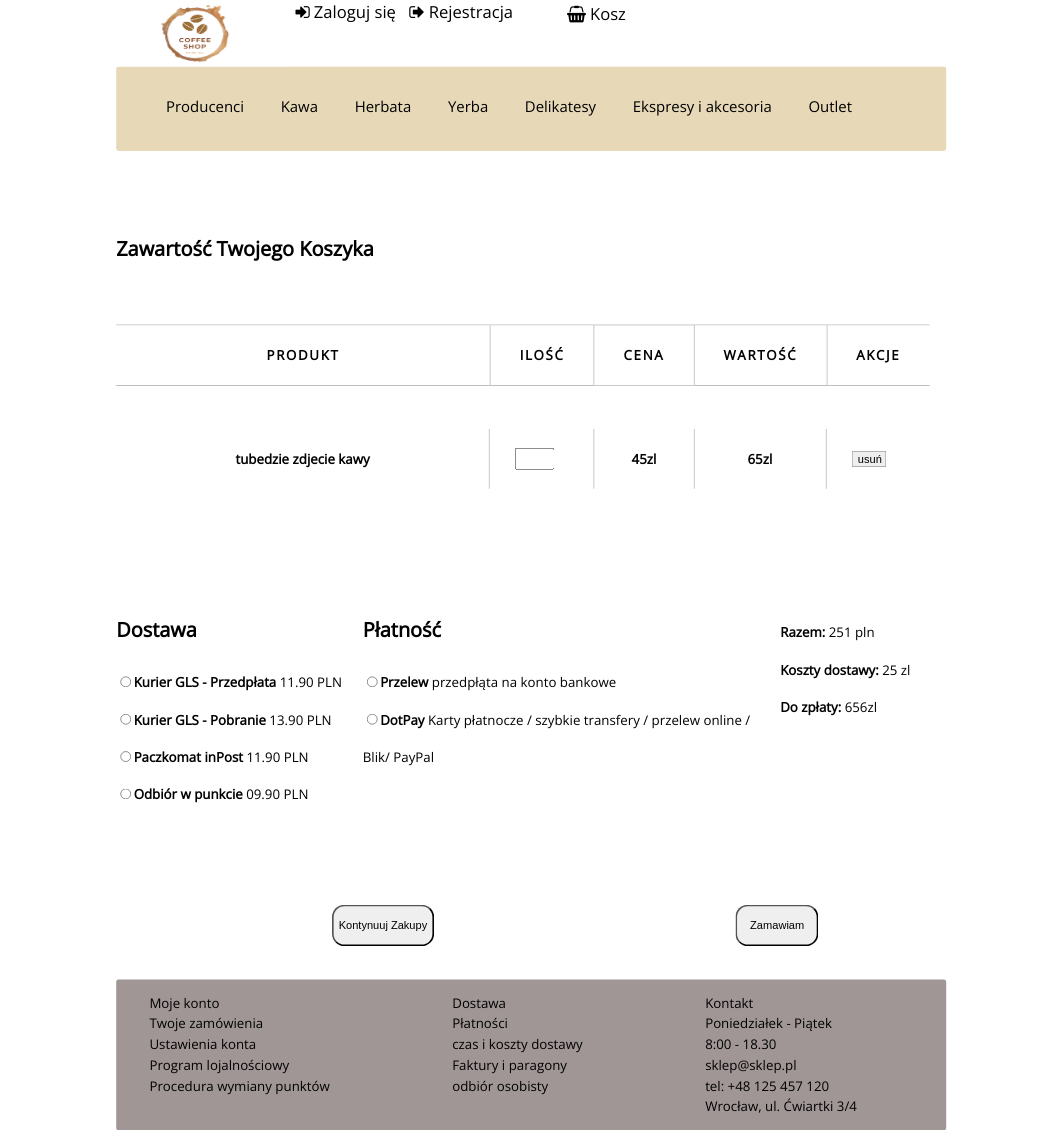
Repository: kq333/CoffeShop
Page: index2.html
The author's editor kept a copy of each file at every save. The page is drawn from the files as they stood at one save, then again after the next save.
The browser window is 1280 px wide. The pictures show the whole page, at 83% of full size.
The style sheet was rebuilt from its Sass, Less or Tailwind sources for each picture, by a compiler version that may differ from the author's.

Above is the page before, as saved 2020-12-10 23:51:54.
Console error: SyntaxError: missing ) after argument list

After the next save:
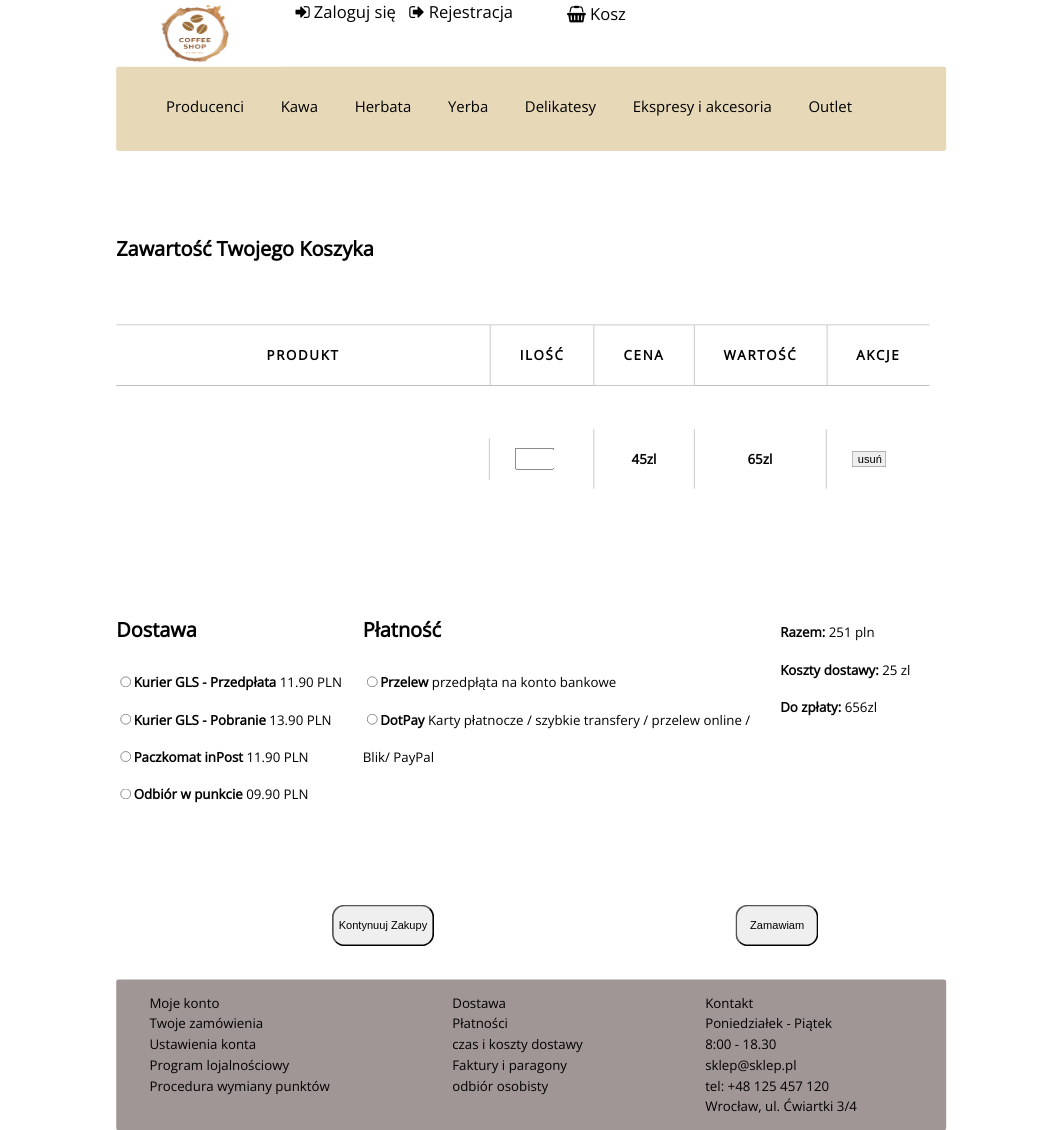
The error is gone.
Saved 65 s later.
--- a/script2.js
+++ b/script2.js
@@ -1,4 +1,3 @@
 
-  // localStorage.setItem("id10");
 
-  const rr = document.querySelector(".productClone").innerHTML = localStorage.getItem(("arrPrice")
+document.querySelector(".productClone").innerHTML = localStorage.getItem(("arrPrice"))
